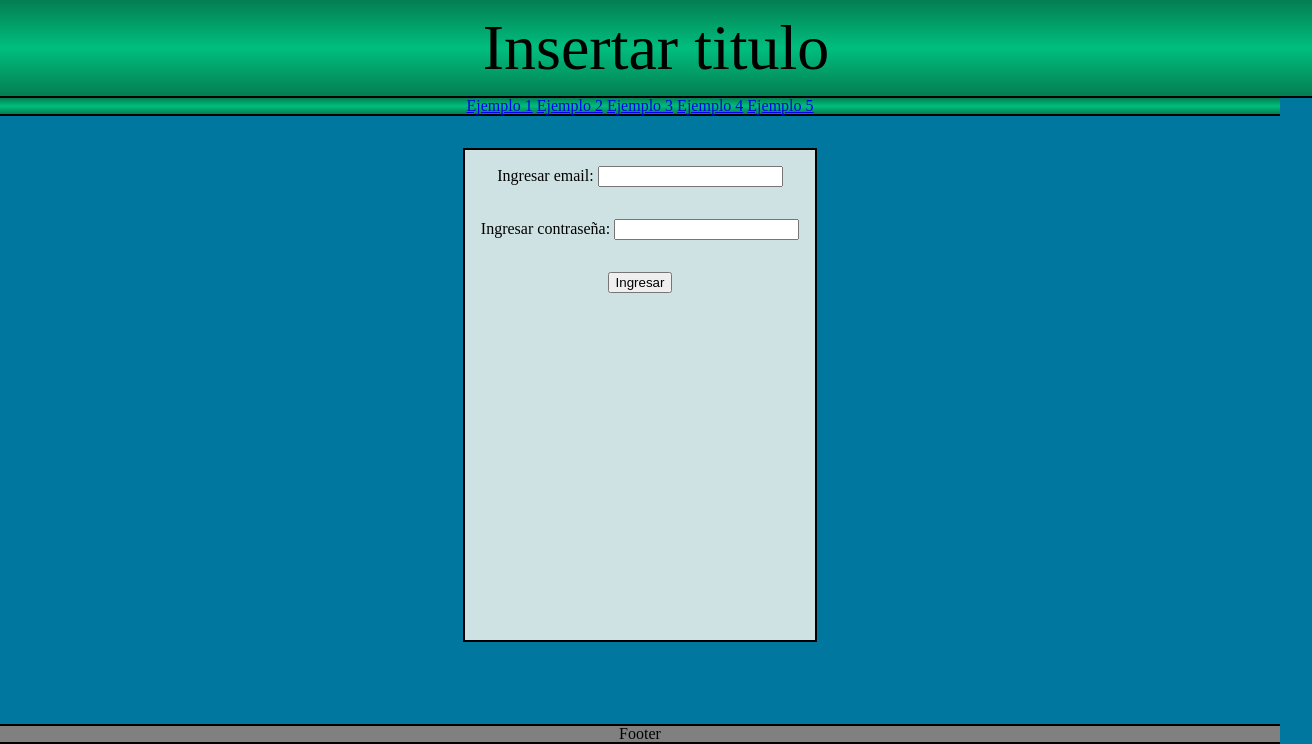
Repository: FacundoKinderknecht/Parcial-2-LPPA
Page: login/login.html
These files come from the project's save history. The page is drawn as it stood at one moment and after the next save; the edit follows.
The browser window is 1280 px wide. The page is 1312 px wide, so the pictures cover 1312 px, including what lies to the right of the window. The pictures show the whole page.

Above is the page before, as saved 2022-07-06 10:34:32.

### login/login.html
<!DOCTYPE html>
<html lang="en">
<head>
    <meta charset="UTF-8">
    <meta http-equiv="X-UA-Compatible" content="IE=edge">
    <meta name="viewport" content="width=device-width, initial-scale=1.0">
    <title>Document</title>
    <link rel="stylesheet" href="/reset.css">
    <link rel="stylesheet" href="/login/login.css">
    <script src="/login/login.js"></script>
</head>
<body>
    <header>
        <h1>Insertar titulo</h1>
    </header>
    <nav>
        <li>
            <a href="#">Ejemplo 1</a>
            <a href="#">Ejemplo 2</a>
            <a href="#">Ejemplo 3</a>
            <a href="#">Ejemplo 4</a>
            <a href="#">Ejemplo 5</a>
        </li>
    </nav>
    <main>
        <form>
            <div class="email">
                <label for="email">Ingresar email:</label>
                <input type="text" name="email" id="email">
            </div>
            <div class="contraseña">
                <label for="contraseña">Ingresar contraseña:</label>
                <input type="password" name="contraseña" id="contraseña">
            </div>
            <div class="boton">
                <input type="submit" value="Ingresar">
            </div>
        </form>
    </main>
    <footer>
        <p>Footer</p>
    </footer>
</body>
</html>

### login/login.css
header{
    width: 100%;
    border-bottom: black 2px solid;
    padding: 1rem;
    font-size: 400%;
    background: linear-gradient(to top, rgb(4, 126, 83), rgb(0, 190, 126), rgb(4, 126, 83));
}
nav{
    background: linear-gradient(to top, rgb(4, 126, 83), rgb(0, 190, 126), rgb(4, 126, 83));
    display: block;
    border-bottom: black 2px solid;
    text-decoration: none;
}
li{
    text-decoration: none;
    list-style: none;
    color: black;
}
body{
    background-color: rgb(0, 119, 159);
    height: 100%;
    align-items: center;
    text-align: center;
    margin: 0;
}
main{
    display: inline-block;
    width: 70%;
    padding: 2rem;
    height: 34rem;
}
form{
    display: inline-block;
    background-color: rgb(207, 226, 227);  border: black solid 2px;
    height: 90%;
    align-items: center;
    text-align: center;
}
div{
    align-items:center;
    padding: 1rem;
}
footer{
    border-top: 2px solid black;
    border-bottom: 2px solid black;
    background-color: grey;
    bottom: 0;
    width: 100%;
}

Loaded but not shown: reset.css (common file); login/login.js (no stored copy; drawn as an empty file)

After the next save:
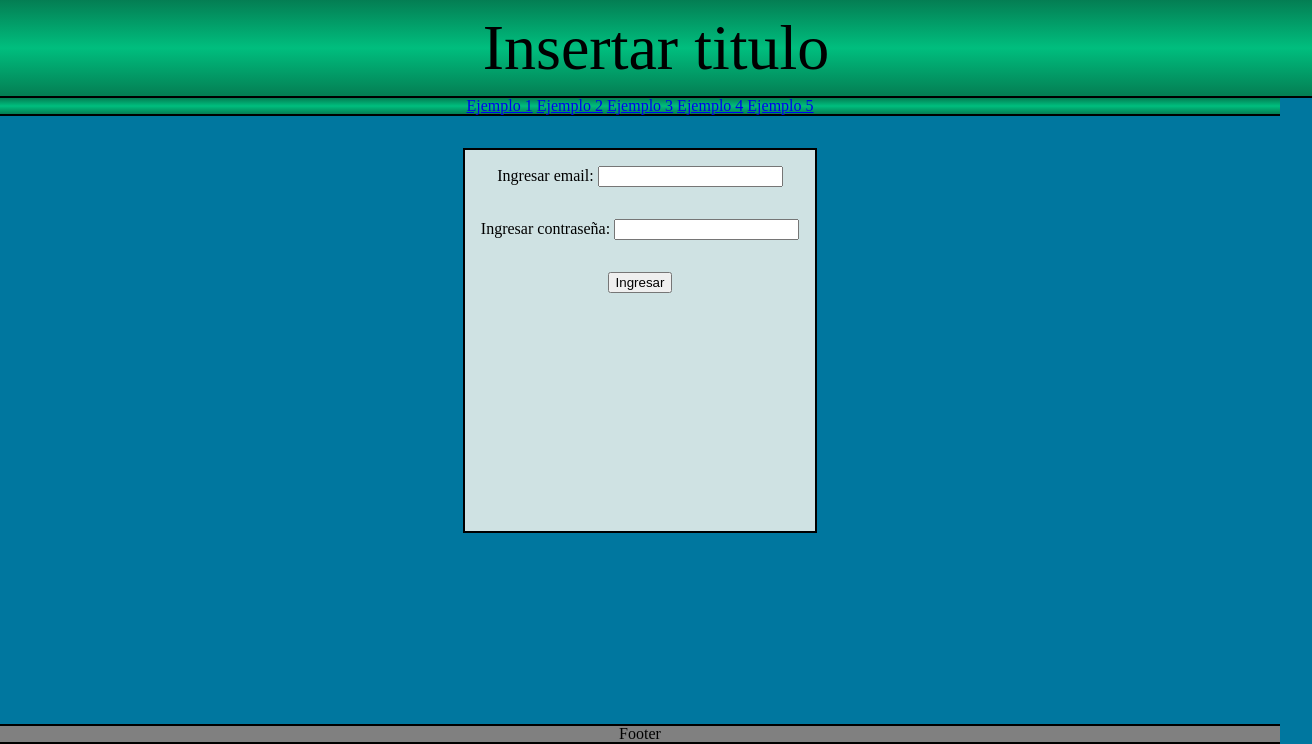
Saved 5 s later.
--- a/login/login.css
+++ b/login/login.css
@@ -32,7 +32,7 @@ main{
 form{
     display: inline-block;
     background-color: rgb(207, 226, 227);  border: black solid 2px;
-    height: 90%;
+    height: 70%;
     align-items: center;
     text-align: center;
 }
